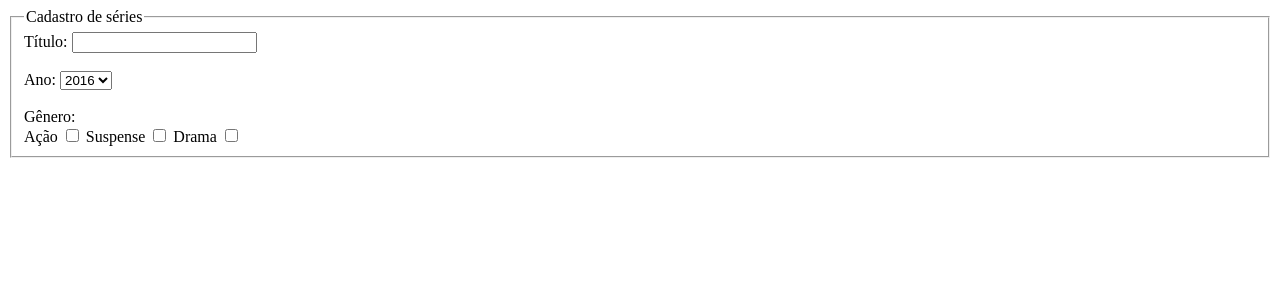
Repository: shamanickCoder/FIAP
Page: Desenvolvimentos de Sistemas Web/1 semestre/Javascript/CSS-AULAS/09-CSS/WebContent/cadastro.html
These files come from the project's save history. The page is drawn as it stood at one moment and after the next save; the edit follows.
The browser window is 1280 px wide. The pictures show the whole page.

Above is the page before, as saved 2016-03-30 11:22:08.

After the next save:
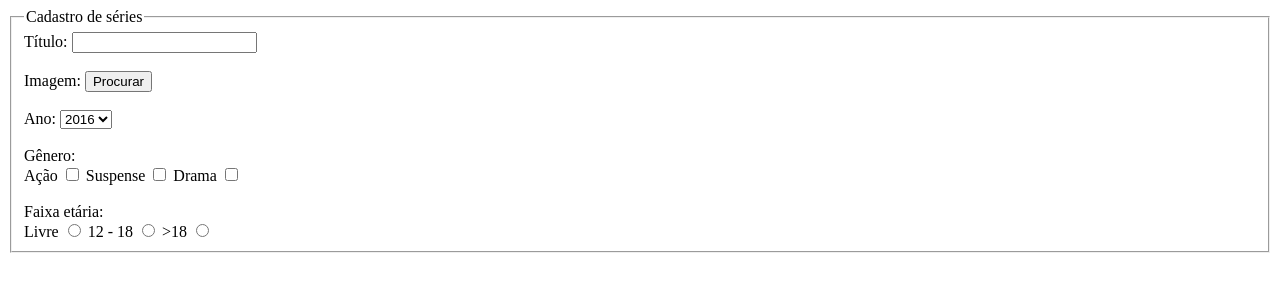
Saved 4 min 40 s later.
--- a/Desenvolvimentos de Sistemas Web/1 semestre/Javascript/CSS-AULAS/09-CSS/WebContent/cadastro.html
+++ b/Desenvolvimentos de Sistemas Web/1 semestre/Javascript/CSS-AULAS/09-CSS/WebContent/cadastro.html
@@ -12,6 +12,11 @@
   <div>
    <label for = "titulo">Título:</label>
    <input type = "text" name = "titulo" id = "titulo">
+  </div>
+  <br>
+  <div>
+   <label for = "imagem">Imagem:</label>
+   <input type = "button" value = "Procurar" name = "imagem" id = "imagem">
   </div>
   <br>
   <div>
@@ -32,6 +37,12 @@
    <label for = "suspense">Suspense</label> <input type = "checkbox" name = "suspense" id = "suspense">
    <label for = "drama">Drama</label> <input type = "checkbox" name = "drama" id = "drama">
   </div>
+  <br>
+  Faixa etária:
+  <br>
+  Livre <input type = "radio" name = "livre">
+  12 - 18 <input type = "radio" name = "1218">
+  >18 <input type = "radio" name = "18">
  </fieldset>
 </form>
 </div>
